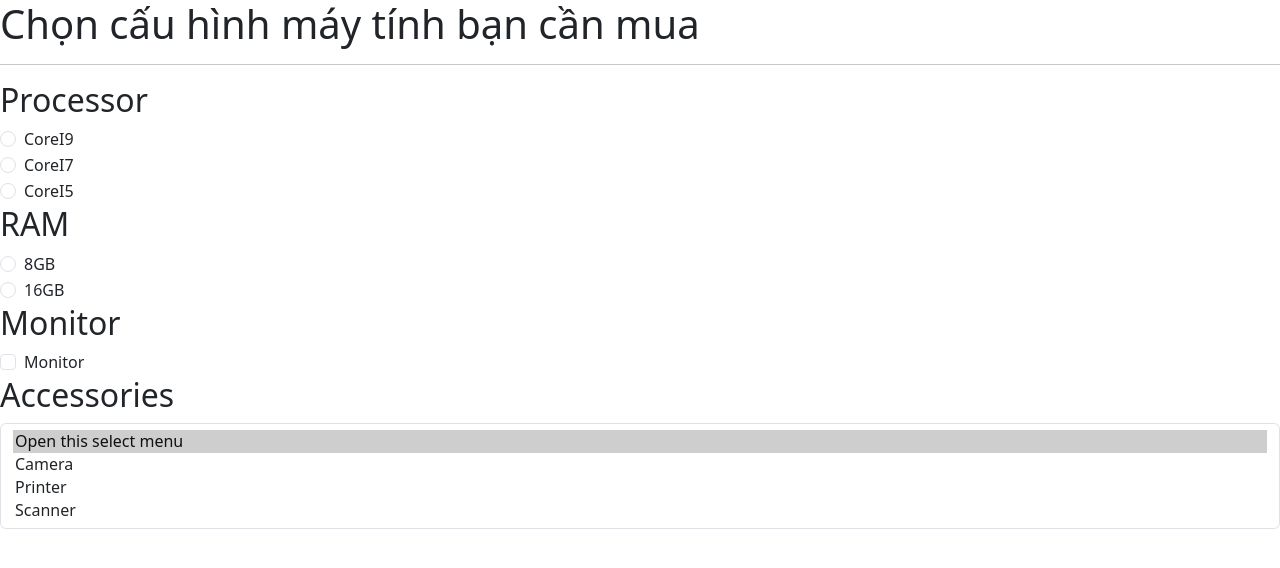
Repository: Vanh260703/Java-Servlet
Page: http://localhost/Bai7/muaMayTinh.jsp
These files come from the project's save history. The page is drawn as it stood at one moment and after the next save; the edit follows.
The browser window is 1280 px wide. The pictures show the whole page.
The page is served by Tomcat 9.

Above is the page before, as saved 2025-03-04 18:55:51.

After the next save:
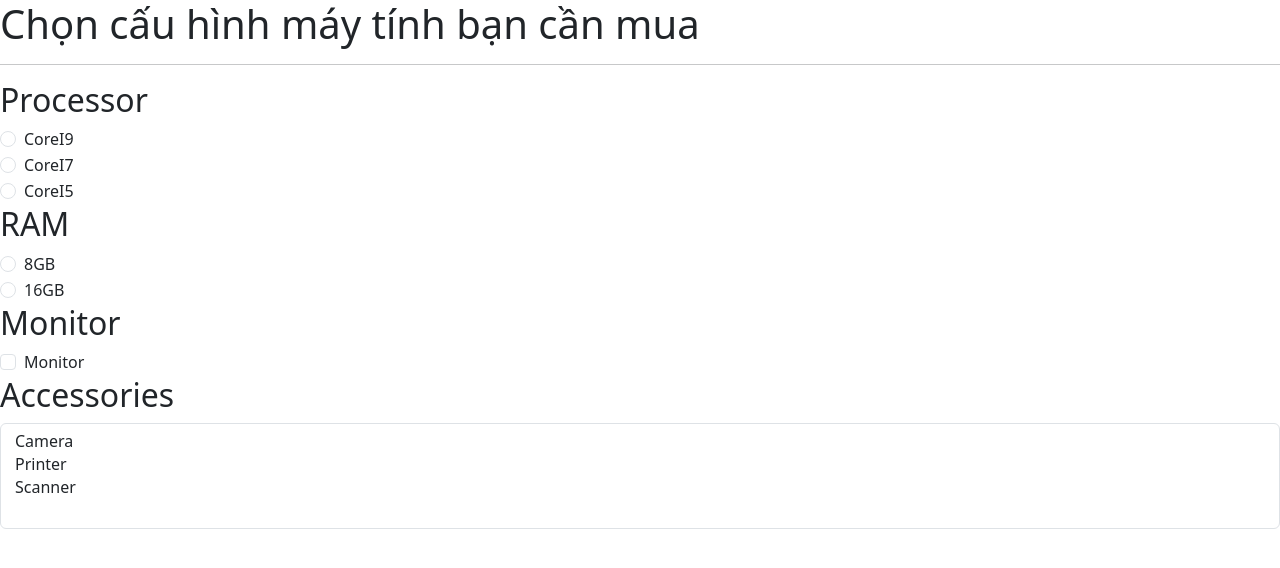
Saved 26 s later.
--- a/Bai7/src/main/webapp/muaMayTinh.jsp
+++ b/Bai7/src/main/webapp/muaMayTinh.jsp
@@ -54,7 +54,6 @@
 </div>
 <h2>Accessories</h2>
 <select class="form-select" multiple aria-label="multiple select example" name = "accessories">
-  <option selected>Open this select menu</option>
   <option value="Camera">Camera</option>
   <option value="Printer">Printer</option>
   <option value="Scanner">Scanner</option>
